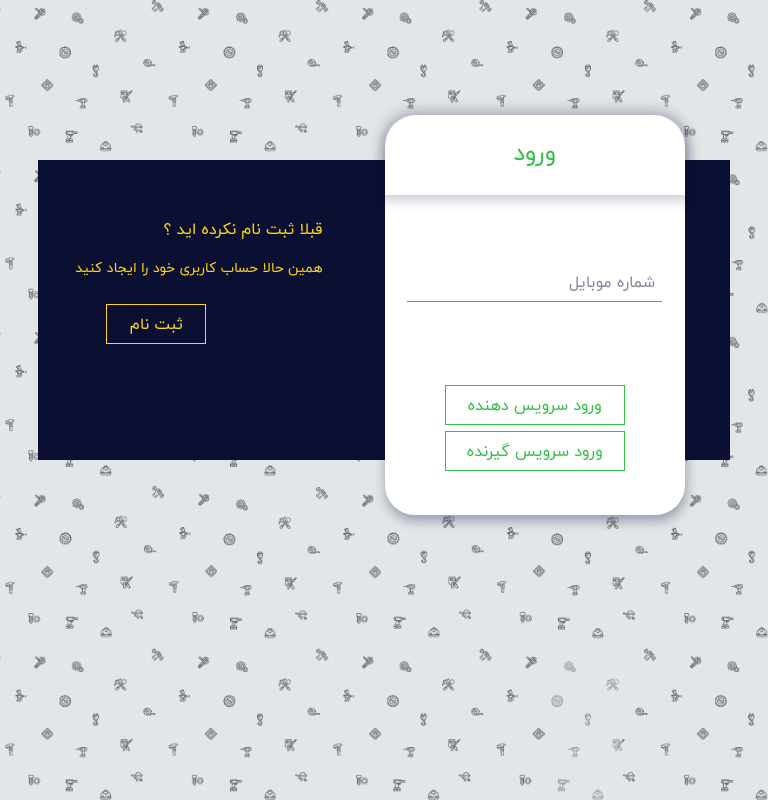
Repository: nightwolf-041/pisheyar-panel-user
Page: /
These files come from the project's save history. The page is drawn as it stood at one moment and after the next save; the edit follows.
The browser window is 768 px wide. The pictures show the whole page.
The page's requests for data from a server got no answer. The project was rebuilt for these pictures with package versions that can differ from the ones it lists, and the page was loaded fresh each time. No one was signed in, and anything a server would have sent is missing. Also part of the build but not shown: src/components/login/RegisterBoxSteps.jsx.

Above is the page before, as saved 2020-05-20 11:57:48.

After the next save:
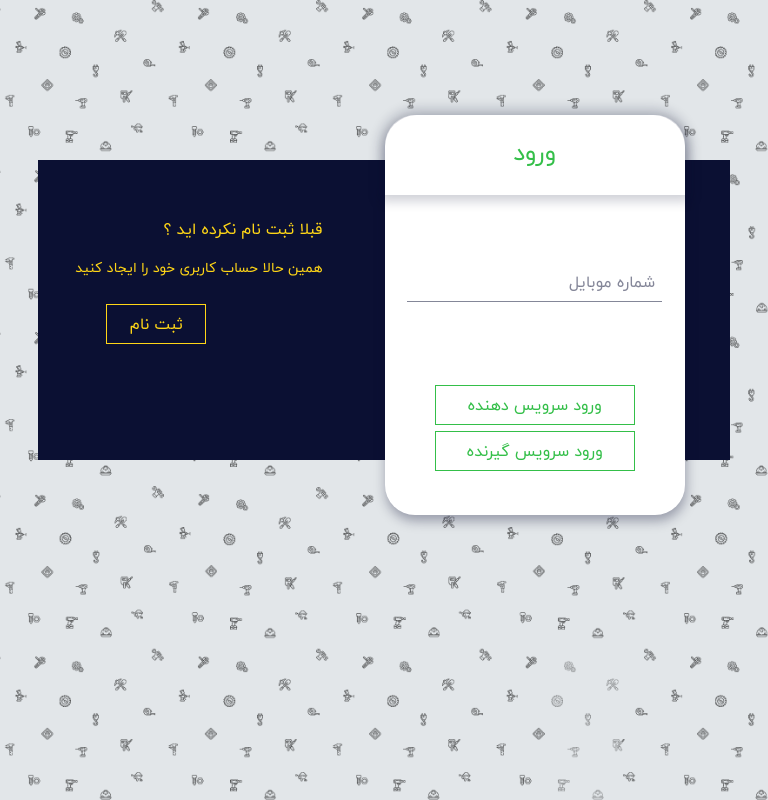
Saved 45 s later.
--- a/src/components/login/login.module.css
+++ b/src/components/login/login.module.css
@@ -882,13 +882,13 @@ button {
         height: 400px;
     }
     .loginRegisterLoginButton {
-        left: calc(50% - 90px);
-        width: 180px;
+        /* left: calc(50% - 90px);
+        width: 180px; */
         top: 130%;
     }
     .loginRegisterLoginButtonByer {
-        left: calc(50% - 90px);
-        width: 180px;
+        /* left: calc(50% - 90px);
+        width: 180px; */
         top: 170%;
     }
 }
